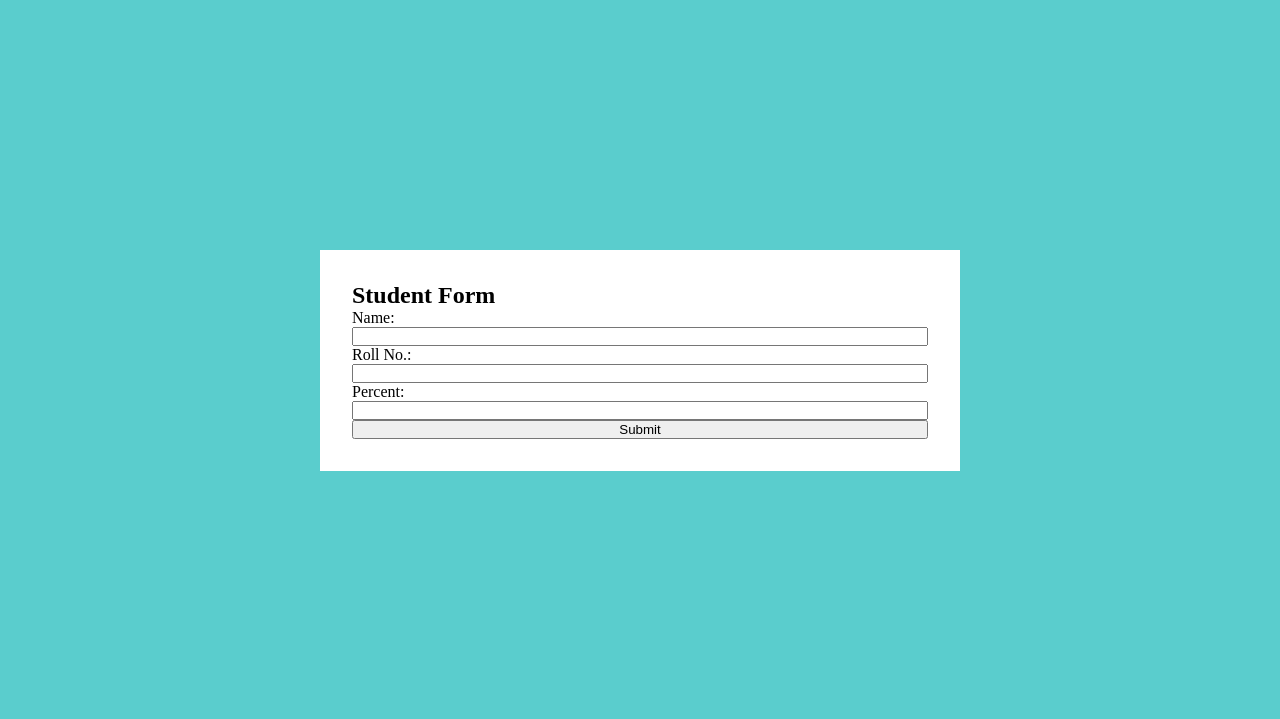
Repository: deeptimahisare1206/Todo_List
Page: http://localhost/Hib_Nest/
The author's editor kept a copy of each file at every save. The page is drawn from the files as they stood at one save, then again after the next save.
The browser window is 1280 px wide. The pictures show the whole page.
The page is served by Tomcat 10. Other server files are loaded and not shown.

Above is the page before, as saved 2024-11-09 11:05:09.

### Hib_Nest/src/main/webapp/index.jsp
<%@ page language="java" contentType="text/html; charset=UTF-8"
	pageEncoding="UTF-8"%>
<html>
<head>
<style>
*{
margin:0;
padding:0;
box-sizing: border-box;

}
body {
display:grid;
place-items:center;
	background-color: #5acdcd;
	gap: 2rem;
	height: 100vh;
}

div{
padding:2rem;
	background-color: white;
	height: fit-content;
	width:50vw;
}
form{
	display: flex;
	flex-direction: column;

}
</style>
</head>
<body>
<div>
	<h2>Student Form</h2>

	<form action="Register" method="get">
		<label>Name:</label><input type="text" name="name"><label>Roll
			No.: </label> <input type="number" name="roll"> <label>Percent:
		</label><input type="number" name="percent"> <input type="submit"
			value="Submit">
	</form>
	</div>
</body>
</html>

After the next save:
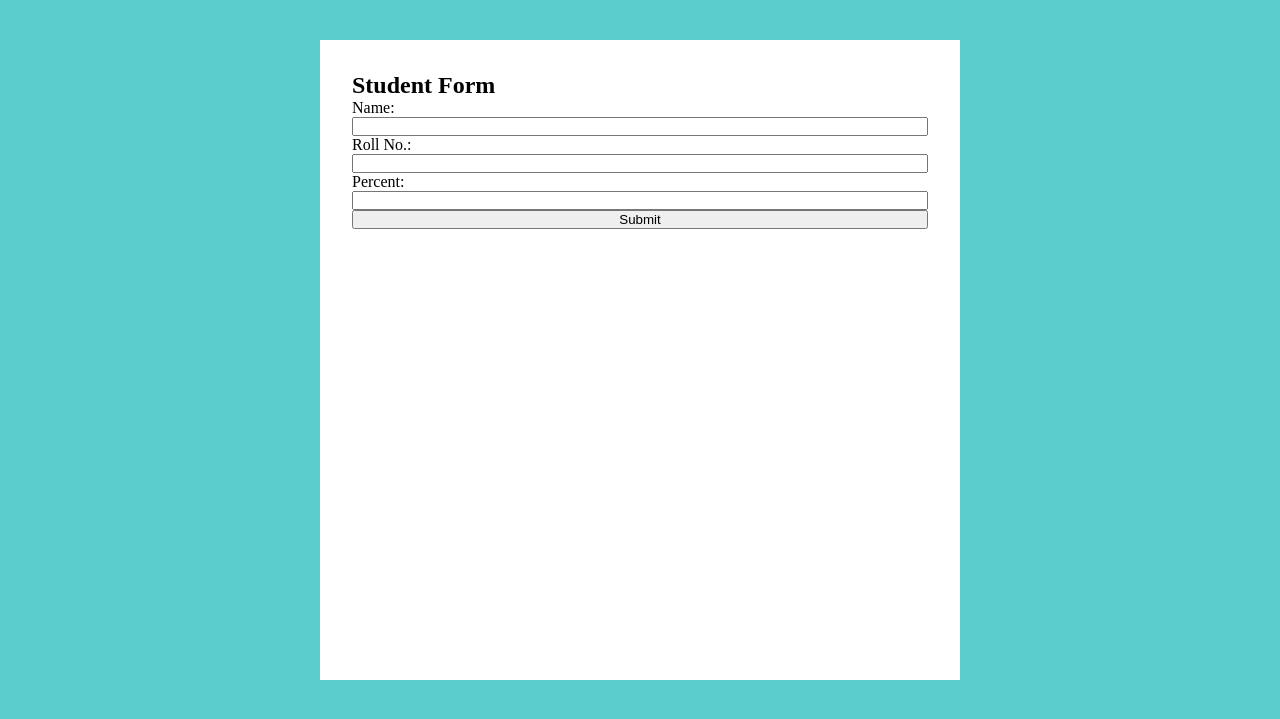
Saved 27 s later.
--- a/Hib_Nest/src/main/webapp/index.jsp
+++ b/Hib_Nest/src/main/webapp/index.jsp
@@ -20,7 +20,7 @@ place-items:center;
 div{
 padding:2rem;
 	background-color: white;
-	height: fit-content;
+	height: 40rem;
 	width:50vw;
 }
 form{
